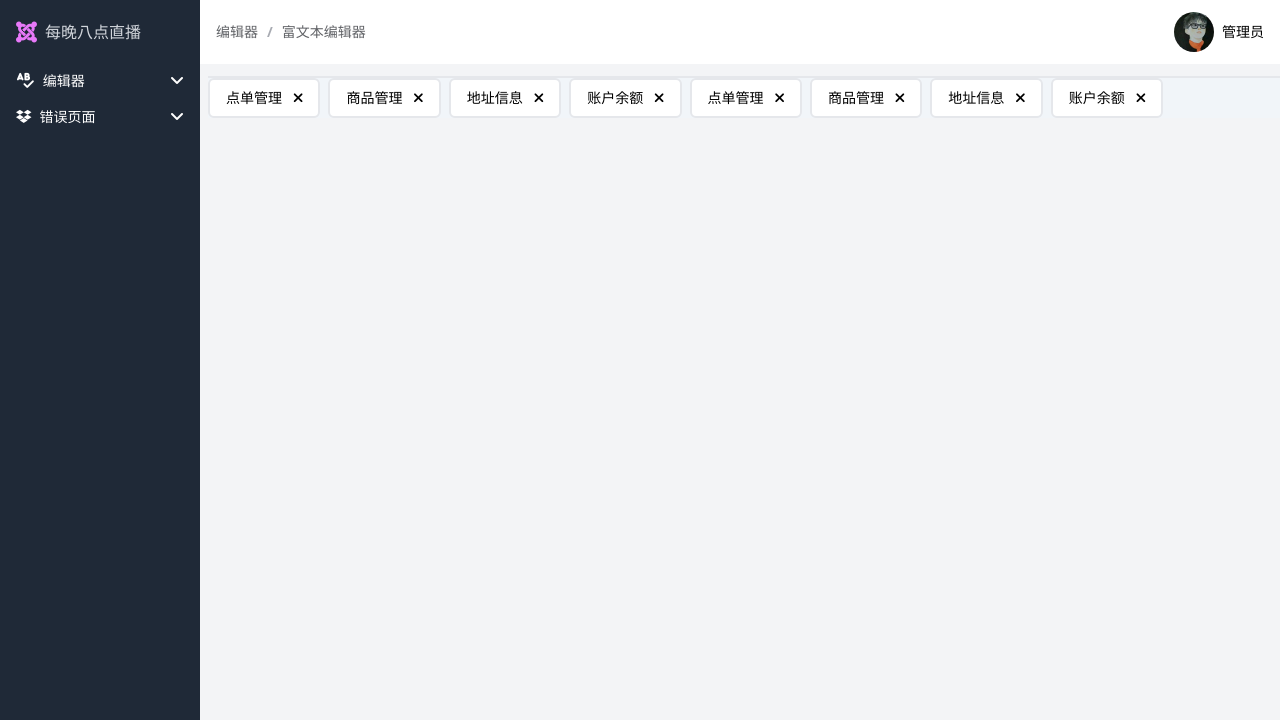
Repository: liangyingbo/vite-vue-TS
Page: /#/editor
The author's editor kept a copy of each file at every save. The page is drawn from the files as they stood at one save, then again after the next save.
The browser window is 1280 px wide. The pictures show the whole page.
The project was rebuilt for these pictures with package versions that can differ from the ones it lists, and the page was loaded fresh each time. Also part of the build but not shown: vite.config.ts, src/components/form/HdButton.vue, src/components/form/HdInput.vue, src/components/form/hdLink.vue, src/styles/global.scss.

Above is the page before, as saved 2022-11-20 12:02:01.

After the next save:
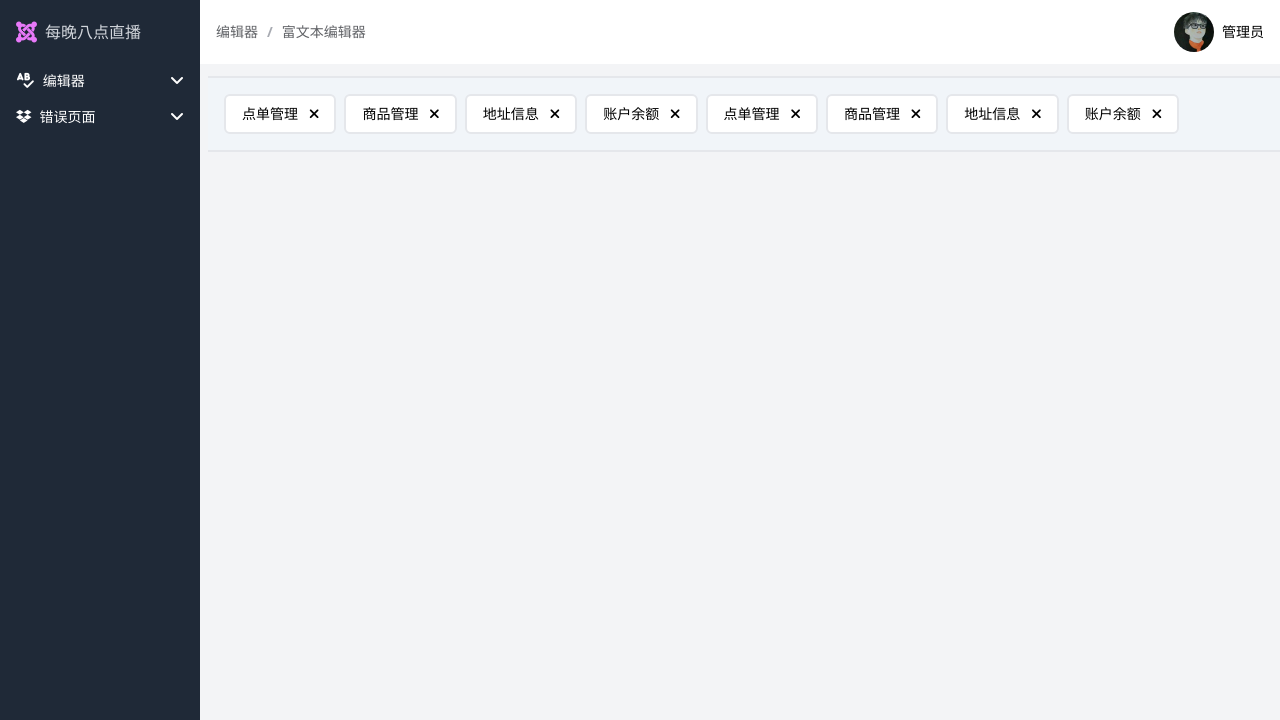
Saved 25 s later.
--- a/src/layouts/admin/historyLink.vue
+++ b/src/layouts/admin/historyLink.vue
@@ -1,6 +1,6 @@
 <template>
   <div>
-    <div class="mt-3 ml-2 grid grid-flow-col justify-start gap-2 bg-slate-100 border-t-2">
+    <div class="mt-3 ml-2 grid grid-flow-col justify-start gap-2 bg-slate-100 border-t-2 border-b-2 p-4">
       <a
         v-for="(l, index) of list"
         :key="index"
